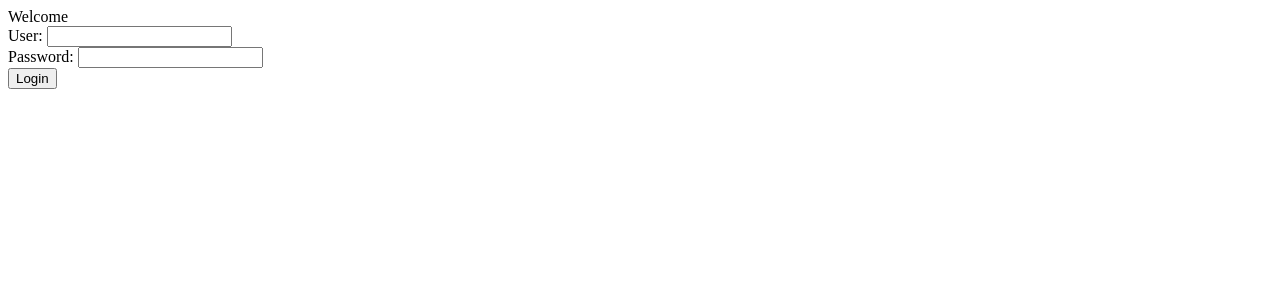
Repository: KritiDangi/JavaEEfullStack
Page: http://localhost/ChatApp/login.jsp
An editor plug-in stored every save of this project. The page is shown before and after the next save, followed by the edit.
The browser window is 1280 px wide. The pictures show the whole page.
The page is served by Tomcat 9.

Above is the page before, as saved 2018-07-27 10:07:36.

### eclipse-workspace/ChatApp/WebContent/login.jsp
<%@ page language="java" contentType="text/html; charset=ISO-8859-1"
    pageEncoding="ISO-8859-1"%>
<!DOCTYPE html PUBLIC "-//W3C//DTD HTML 4.01 Transitional//EN" "http://www.w3.org/TR/html4/loose.dtd">
<html>
<head>
<meta http-equiv="Content-Type" content="text/html; charset=ISO-8859-1">
<title>Login</title>
<div>
Welcome ${sessionScope.user}
</div>
</head>
<div>
${param.msg}
</div>
<body>
<form method="post" action="login.do">
User: <input type="text" name="user"><br>
Password: <input type="password" name="pwd"><br>
<button type="submit">Login</button>
</form>
</body>
</html>

After the next save:
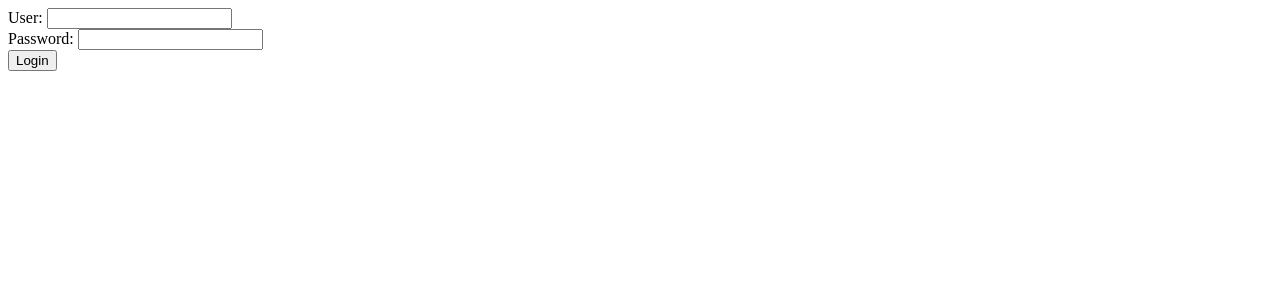
Saved 3 min 37 s later.
--- a/eclipse-workspace/ChatApp/WebContent/login.jsp
+++ b/eclipse-workspace/ChatApp/WebContent/login.jsp
@@ -5,9 +5,7 @@
 <head>
 <meta http-equiv="Content-Type" content="text/html; charset=ISO-8859-1">
 <title>Login</title>
-<div>
-Welcome ${sessionScope.user}
-</div>
+
 </head>
 <div>
 ${param.msg}
